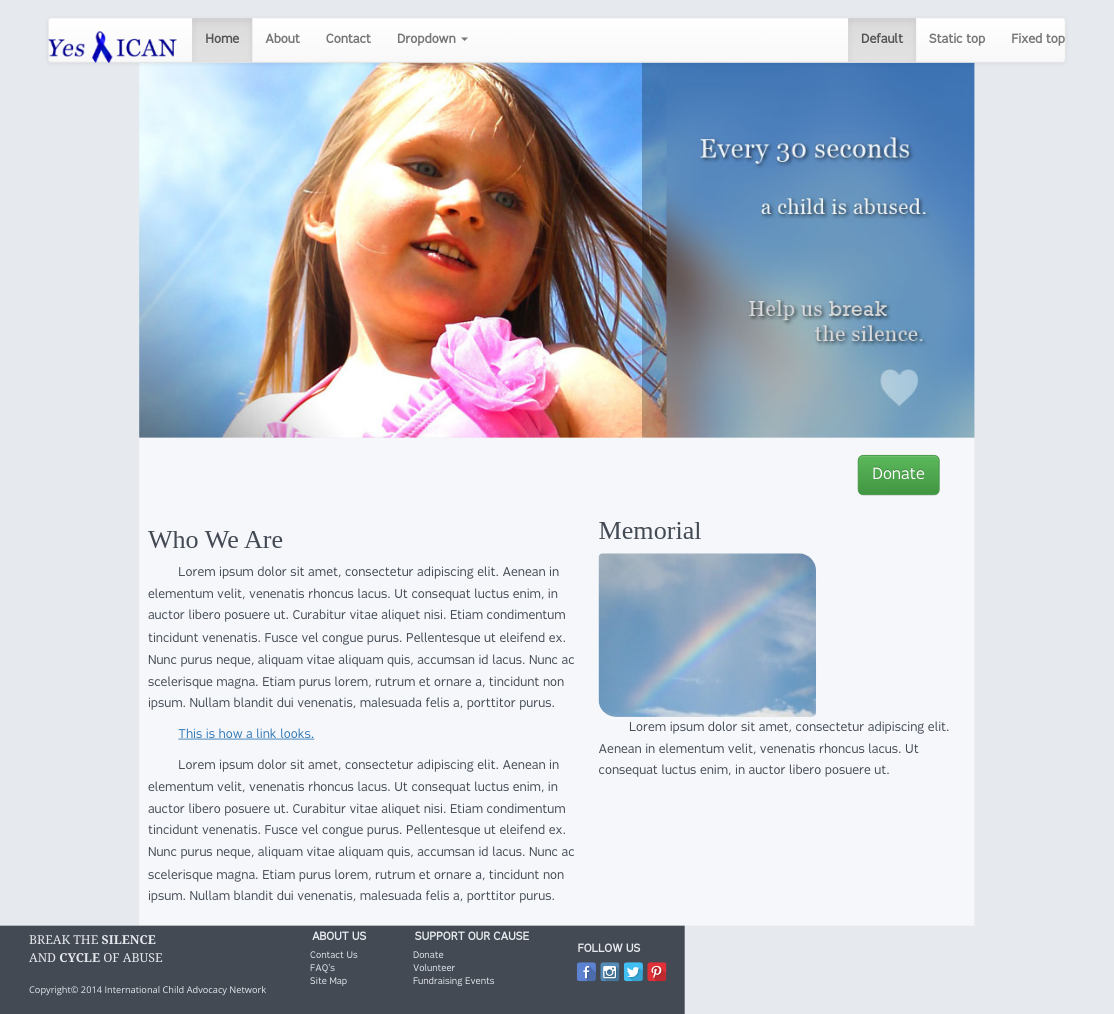
Repository: Rob21789/Yes-I-Can
Page: index.html
The author's editor kept a record of every edit. The page is drawn from the files as they stood at one moment, then again after the next edit.
The browser window is 1280 px wide. The pictures show the whole page, at 87% of full size.
Some web fonts or font styles are not loaded; a fallback is used. Some web libraries are served in a nearby version.

Above is the page before.
Not found: assets/js/ie-emulation-modes-warning.js
Not found: assets/js/ie10-viewport-bug-workaround.js

After the next edit:
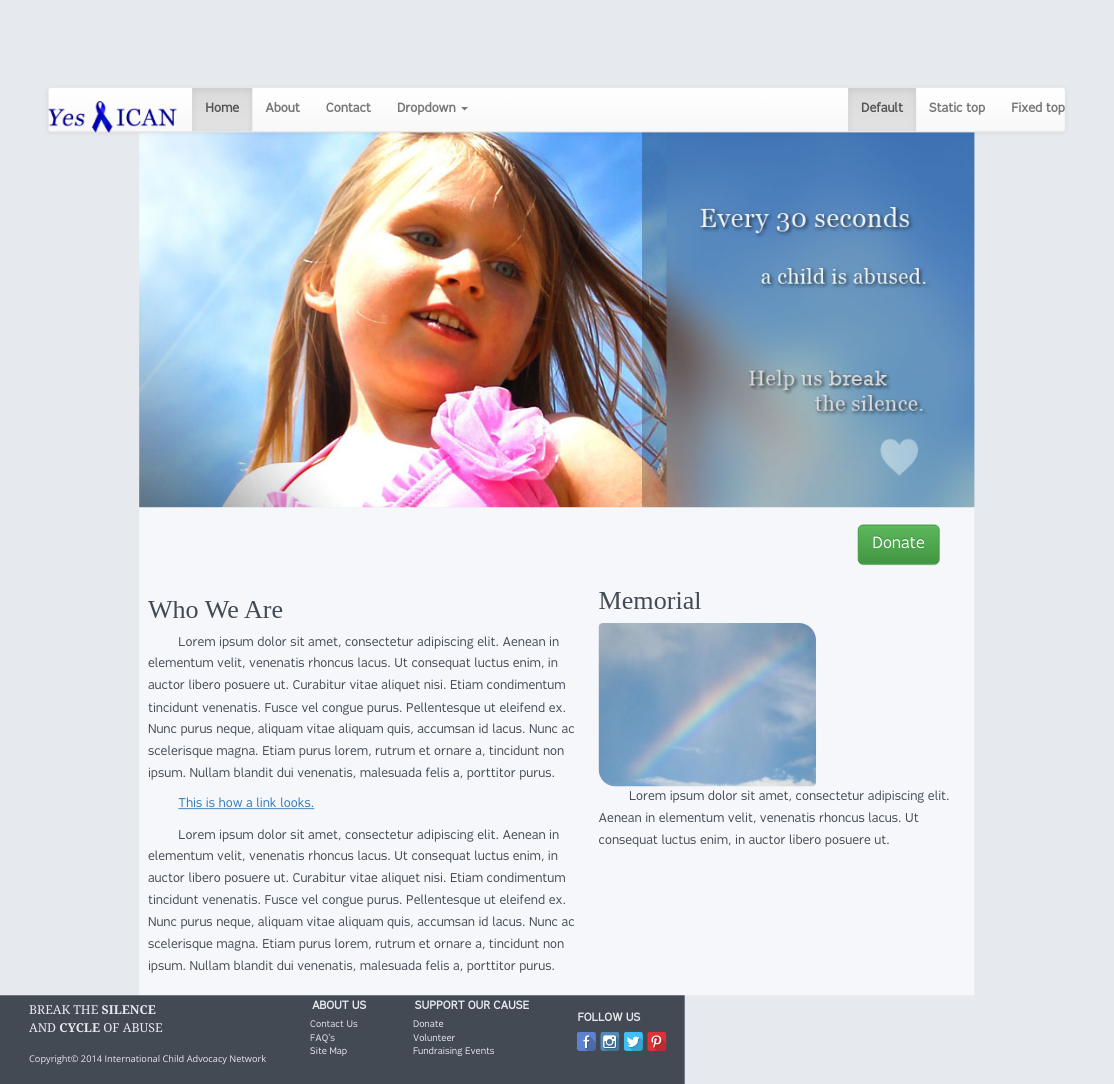
The edit:
--- a/css/navbar.css
+++ b/css/navbar.css
@@ -10,3 +10,25 @@
 nav a {
   text-decoration:none;
 }
+
+body {
+    padding-top: 70px; /* Required padding for .navbar-fixed-top. Change if height of navigation changes. */
+}
+
+.navbar-fixed-top .nav {
+    padding: 15px 0;
+}
+
+.navbar-fixed-top .navbar-brand {
+    padding: 0 15px;
+}
+
+@media(min-width:768px) {
+    body {
+        padding-top: 100px; /* Required padding for .navbar-fixed-top. Change if height of navigation changes. */
+    }
+
+    .navbar-fixed-top .navbar-brand {
+        padding: 15px 0;
+    }
+}
